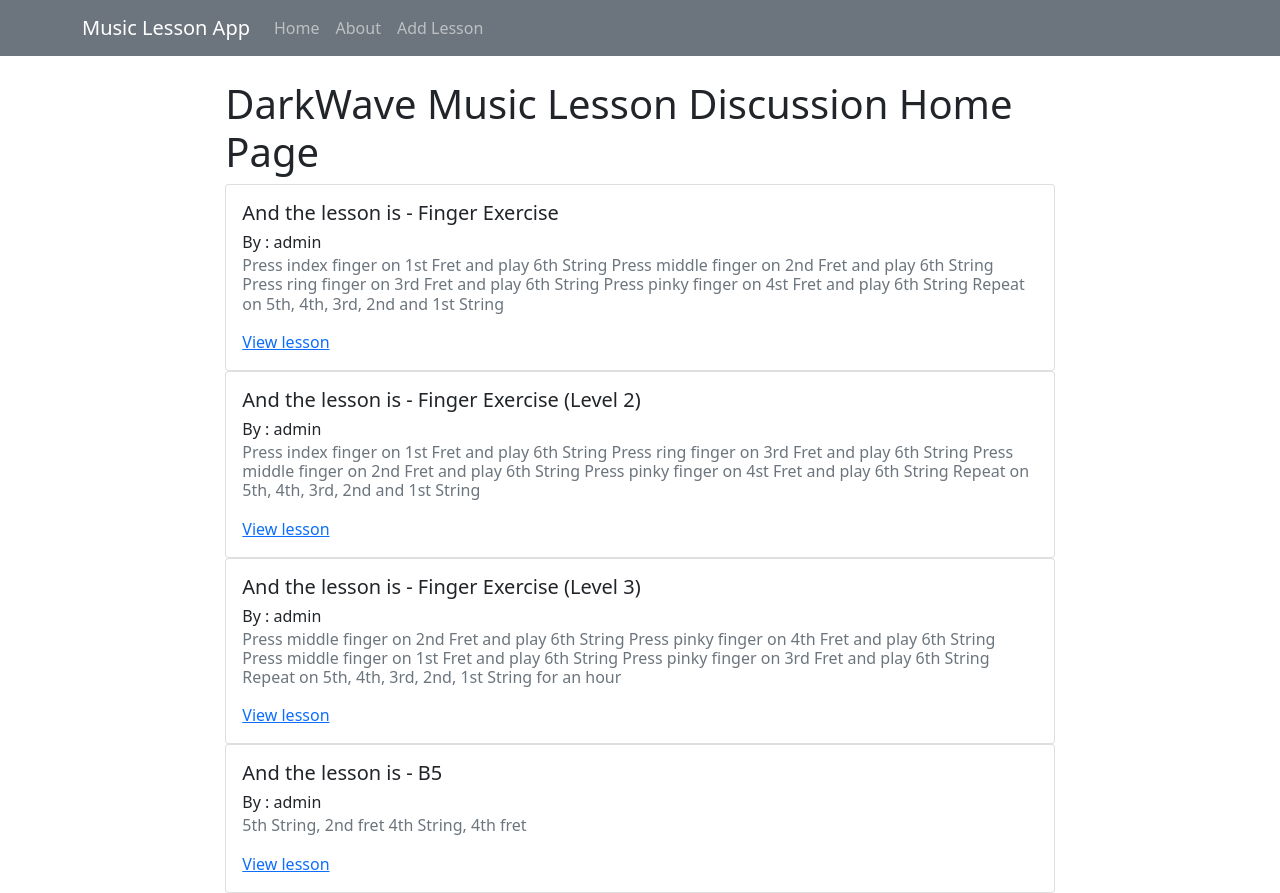
Repository: lordjdsama/NewDevopps
Page: http://localhost/
The author's editor kept a record of every edit. The page is drawn from the files as they stood at one moment, then again after the next edit.
The browser window is 1280 px wide. The pictures show the whole page.
The page is served by the project's application, run on Django 2.2 (manage.py). Other server files are loaded and not shown. The page reads the database file committed with the project.

Above is the page before.

### lessons/templates/lessons/home.html
{% extends 'lessons/base.html' %}

{% block content %}
<div class="home">
<h1>DarkWave Music Lesson Discussion Home Page</h1>
</div>

{% for lesson in lessons %}
<div class="card" id="card">
<div class="card-body">
<h5 class="card-title" id="title">And the lesson is - {{ lesson.title }}</h5>
<h6 class="card-title" id="by">By : {{ lesson.author }} </h6>
<h6 class="card-subtitle mb-2 text-muted">{{ lesson.description }}</h6>
<p class="card-text">
    {{ lesson.chord }}
</p>
<a href="{% url 'lessons-detail' lesson.pk  %}" class="card-link">View lesson</a>
</div>
</div>
{% endfor %} {% endblock content %}

### lessons/templates/lessons/base.html
<!DOCTYPE html>
<html lang="en">
<head>
    <meta charset="UTF-8">
    <meta name="viewport" content="width=device-width, initial-scale=1.0">
    <meta http-equiv="X-UA-Compatible" content="ie=edge">





    {% if title  %}
    <title>{{title}}</title>
    {% else %}
    <title>Lessons App</title>
    {% endif %}

     <link href="https://cdn.jsdelivr.net/npm/bootstrap@5.0.2/dist/css/bootstrap.min.css"
     rel="stylesheet"
     integrity="sha384-EVSTQN3/azprG1Anm3QDgpJLIm9Nao0Yz1ztcQTwFspd3yD65VohhpuuCOmLASjC"
     crossorigin="anonymous">

<body>

  <nav class="navbar navbar-expand-lg navbar-dark bg-secondary">
  <div class="container">
    <a class="navbar-brand" href="{% url 'lessons-home' %}">Music Lesson App</a>
    <button
    class="navbar-toggler"
    type="button"
    data-bs-toggle="collapse"
    data-bs-target="#navbarNavAltMarkup"
    aria-controls="navbarNavAltMarkup"
    aria-expanded="false"
    aria-label="Toggle navigation">
      <span class="navbar-toggler-icon"></span>
    </button>
    <div class="collapse navbar-collapse" id="navbarNavAltMarkup">
      <div class="navbar-nav">
        <a class="nav-link" aria-current="page" href="{% url 'lessons-home' %}">Home</a>
        <a class="nav-link" href="{% url 'lessons-about' %}">About</a>
        <a class="nav-link" href="{% url 'lessons-create' %}">Add Lesson</a>
      </div>
    </div>
    <div class="navbar-nav">
      {% if user.is_authenticated %}
        <a class="nav-item nav-link"  href="{% url 'users-logout' %}">Logout</a>
        <a class="nav-item nav-link"  href="{% url 'users-profile' %}">My Profile</a>

      <!--{% else }-->
        <!--<a class="nav-item nav-link"  href="{% url 'users-login' %}">Login</a>-->
        <!--<a class="nav-item nav-link"  href="{% url 'users-register' %}">Register</a>-->

      {% endif %}
    </div>
  </div>
</nav>
    <div class="container mt-4 col-8">
      {% if messages %} {% for message in messages %}
      <div class="alert alert-{{ message.tags }}">{{ message }}</div>
      {% endfor %} {% endif %} {% block content %} {% endblock %}
    </div>


    <script
    src="https://cdn.jsdelivr.net/npm/@popperjs/core@2.9.2/dist/umd/popper.min.js"
    integrity="sha384-IQsoLXl5PILFhosVNubq5LC7Qb9DXgDA9i+tQ8Zj3iwWAwPtgFTxbJ8NT4GN1R8p"
    crossorigin="anonymous">

    </script>
    <script
    src="https://cdn.jsdelivr.net/npm/bootstrap@5.0.2/dist/js/bootstrap.min.js"
    integrity="sha384-cVKIPhGWiC2Al4u+LWgxfKTRIcfu0JTxR+EQDz/bgldoEyl4H0zUF0QKbrJ0EcQF"
    crossorigin="anonymous">

    </script>








</body>
</html>

### lessons/models.py
"""Model representing a lesson."""
from django.db import models
from django.contrib.auth.models import User
from django.urls import reverse

class Lesson(models.Model):
    """
    Model representing a lesson.
    """
    title = models.CharField(max_length=100)
    description = models.TextField()
    author = models.ForeignKey(User, on_delete=models.CASCADE)
    created_at = models.DateTimeField(auto_now_add=True)
    updated_at = models.DateTimeField(auto_now_add=True)
    def get_absolute_url(self):
        """
        Return the absolute URL to access a detail record for this lesson.
        """
        return reverse("lessons-detail", kwargs={"pk": self.pk})
    def __str__(self):
        return str(self.title)

### lessons/views.py
"""
Module containing views for the lessons app.
"""
from django.shortcuts import render
from django.urls import reverse_lazy
from django.views.generic import ListView, DetailView, CreateView, UpdateView, DeleteView
from django.contrib.auth.mixins import LoginRequiredMixin, UserPassesTestMixin

from . import models

class LessonListView(ListView):
    """
    Module containing views for the lessons app.
    """
    model = models.Lesson
    template_name = 'lessons/home.html'
    context_object_name = 'lessons'

# Create your views here.
def home(request):
    """
    Module containing views for the lessons app.
    """
    lessons = models.Lesson.objects.all()# pylint: disable=no-member
    context = {
        'lessons': lessons
    }
    return render(request, 'lessons/home.html', context)

def about(request):
    """
    Module containing views for the lessons app.
    """
    return render(request, 'lessons/about.html', {'title': 'about page'})


class LessonDetailView(DetailView):
    """
    Module containing views for the lessons app.
    """
    model = models.Lesson

class LessonDeleteView(LoginRequiredMixin, UserPassesTestMixin, DeleteView): # pylint: disable=too-many-ancestors
    """
    Module containing views for the lessons app.
    """
    model = models.Lesson
    success_url = reverse_lazy('lessons-home')

    def test_func(self):
        lesson = self.get_object()
        return self.request.user == lesson.author

class LessonCreateView(CreateView): # pylint: disable=too-many-ancestors
    """
    View for creating a new lesson.
    """
    model = models.Lesson
    fields = ['title', 'description']

    def form_valid(self, form):
        form.instance.author = self.request.user
        return super().form_valid(form)


class LessonUpdateView(LoginRequiredMixin, UserPassesTestMixin, UpdateView): # pylint: disable=too-many-ancestors
    """
    Module containing views for the lessons app.
    """
    model = models.Lesson
    fields = ['title', 'description']

    def test_func(self):
        lesson = self.get_object()
        return self.request.user == lesson.author

    def form_valid(self, form):
        form.instance.author = self.request.user
        return super().form_valid(form)

### config/urls.py
"""
config URL Configuration
"""

from django.contrib import admin
from django.contrib.auth import views as auth_views
from django.urls import include, path
from users import views as user_view

urlpatterns = [
    path('admin/', admin.site.urls),
    path('', include('lessons.urls')),
    path('register/', user_view.register, name="users-register"),
    path('login/',
         auth_views.LoginView.as_view(template_name='users/login.html'),
         name="users-login"),
    path('logout/',
         auth_views.LogoutView.as_view(template_name='users/logout.html'),
         name="users-logout"),
    path('profile/', user_view.profile, name="users-profile")
]

### lessons/urls.py
"""
Module containing URL patterns for the lessons app.
"""

from django.urls import path
from . import views

urlpatterns = [
    path('', views.LessonListView.as_view(), name="lessons-home"),
    path('lesson/<int:pk>/', views.LessonDetailView.as_view(), name="lessons-detail"),
    path('lesson/create/', views.LessonCreateView.as_view(), name="lessons-create"),
    path('lesson/<int:pk>/update/', views.LessonUpdateView.as_view(), name="lessons-update"),
    path('lesson/<int:pk>/delete/', views.LessonDeleteView.as_view(), name="lessons-delete"),
    path('about/', views.about, name="lessons-about"),
]

### db.sqlite3 (the tables this page reads, as SQL)
CREATE TABLE "auth_user" ("id" integer NOT NULL PRIMARY KEY AUTOINCREMENT, "password" varchar(128) NOT NULL, "last_login" datetime NULL, "is_superuser" bool NOT NULL, "username" varchar(150) NOT NULL UNIQUE, "first_name" varchar(30) NOT NULL, "email" varchar(254) NOT NULL, "is_staff" bool NOT NULL, "is_active" bool NOT NULL, "date_joined" datetime NOT NULL, "last_name" varchar(150) NOT NULL);
INSERT INTO "auth_user" VALUES
(1, 'pbkdf2_sha256$120000$p6CQ1lzXenzJ$lUz35NRU/F6yEFwdQzf5okPAhz5RMUwszZYAaepjafM=', '2024-04-07 08:41:10.791590', 1, 'admin', '', '', 1, 1, '2024-03-31 09:10:39.192553', ''),
(14, 'pbkdf2_sha256$120000$1sQ5L44MkgtS$n2qF+Ny4BiIkyg/nAzpf4uj3uZv3ihh0+dSCshvFdBI=', '2024-04-07 11:20:44.626046', 0, 'jay', '', 'jaydeshmukh007@gmail.com', 0, 1, '2024-04-01 16:52:41.763200', ''),
(15, 'pbkdf2_sha256$120000$bdQAQX6EctUt$IOzJXFV6XSo7vBjJBElQfjBapCYyjSue3dD4bxn3h0c=', '2024-04-03 12:54:05.402510', 0, 'new', '', 'new@gma.am', 0, 1, '2024-04-03 12:53:57.322462', ''),
(16, 'pbkdf2_sha256$120000$v3Q7mT64g9xi$Zahkt8icKDSjJomp4lGiGC0PVttkoaSNxxD7VARlbW4=', '2024-04-08 10:21:38.763960', 0, 'manasvi', '', 'manasvi@gmail.com', 0, 1, '2024-04-08 10:21:27.783930', '');

CREATE TABLE "lessons_lesson" ("id" integer NOT NULL PRIMARY KEY AUTOINCREMENT, "title" varchar(100) NOT NULL, "description" text NOT NULL, "created_at" datetime NOT NULL, "updated_at" datetime NOT NULL, "author_id" integer NOT NULL REFERENCES "auth_user" ("id") DEFERRABLE INITIALLY DEFERRED);
INSERT INTO "lessons_lesson" VALUES
(1, 'Finger Exercise', 'Press index finger on 1st Fret and play  6th String
Press middle finger on 2nd Fret and play  6th String
Press ring finger on 3rd Fret and play  6th String
Press pinky finger on 4st Fret and play  6th String

Repeat on 5th, 4th, 3rd, 2nd and 1st String', '2024-03-31 09:34:21.666998', '2024-03-31 09:34:21.667025', 1),
(2, 'Finger Exercise (Level 2)', 'Press index finger on 1st Fret and play  6th String
Press ring finger on 3rd Fret and play  6th String
Press middle finger on 2nd Fret and play  6th String
Press pinky finger on 4st Fret and play  6th String

Repeat on 5th, 4th, 3rd, 2nd and 1st String', '2024-03-31 09:35:51.017766', '2024-03-31 09:35:51.017793', 1),
(3, 'Finger Exercise (Level 3)', 'Press middle finger on 2nd Fret and play  6th String
Press pinky finger on 4th Fret and play  6th String
Press middle finger on 1st Fret and play  6th String
Press pinky finger on 3rd Fret and play  6th String

Repeat on 5th, 4th, 3rd, 2nd, 1st String for an hour', '2024-03-31 09:38:45.470954', '2024-03-31 09:38:45.470982', 1),
(6, 'B5', '5th String, 2nd fret
4th String, 4th fret', '2024-04-02 15:27:41.065512', '2024-04-02 15:27:41.065539', 1);

### lessons/templates/css/base.css
.bgcolor{
    background-color:#33475b!important
}

After the next edit:
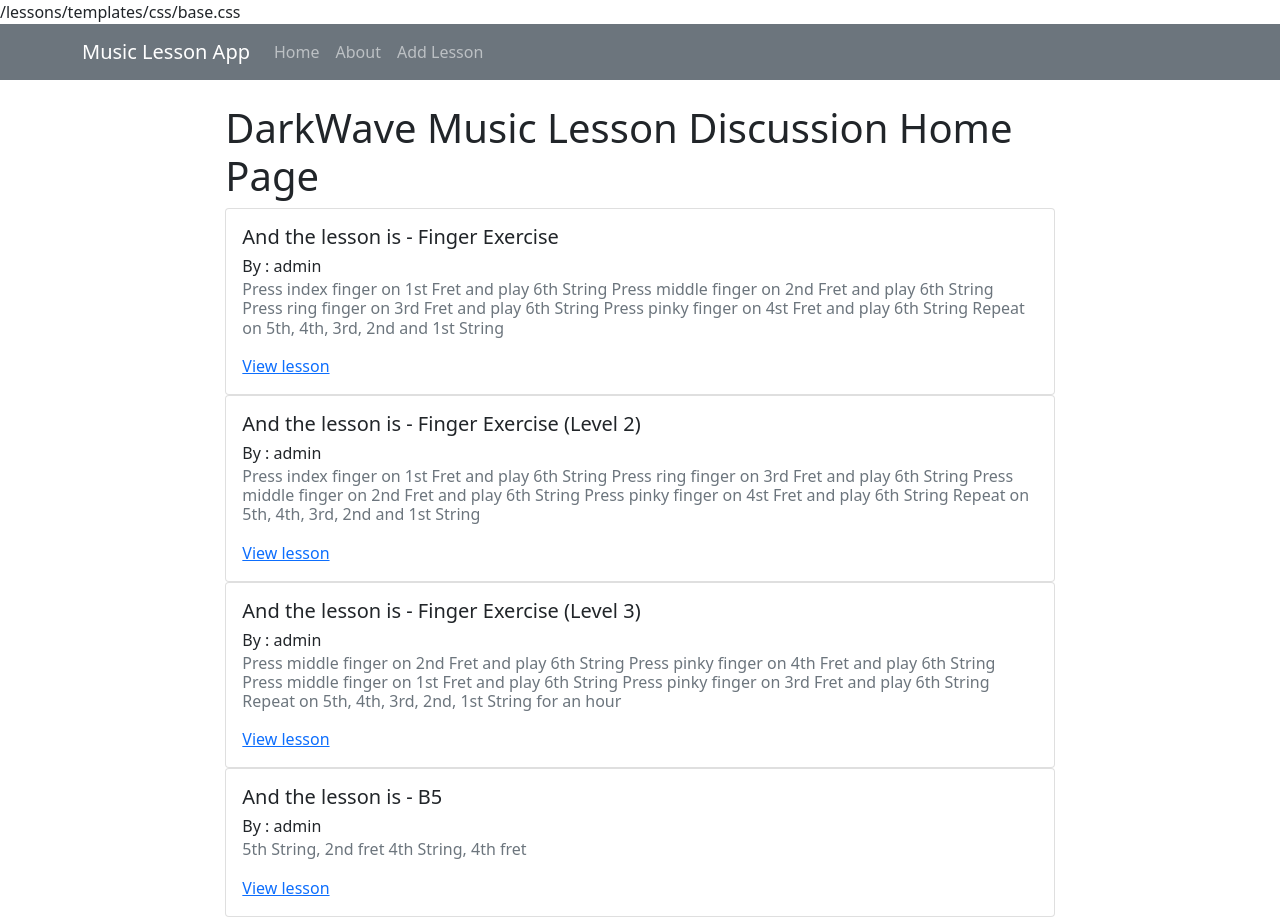
The edit:
--- a/lessons/templates/lessons/base.html
+++ b/lessons/templates/lessons/base.html
@@ -19,6 +19,9 @@
      rel="stylesheet"
      integrity="sha384-EVSTQN3/azprG1Anm3QDgpJLIm9Nao0Yz1ztcQTwFspd3yD65VohhpuuCOmLASjC"
      crossorigin="anonymous">
+     /lessons/templates/css/base.css
+     <link href="https://cdn.jsdelivr.net/npm/bootstrap@5.0.2/dist/css/bootstrap.min.css"
+     rel="stylesheet" >
 
 <body>
 

After the edit that followed:
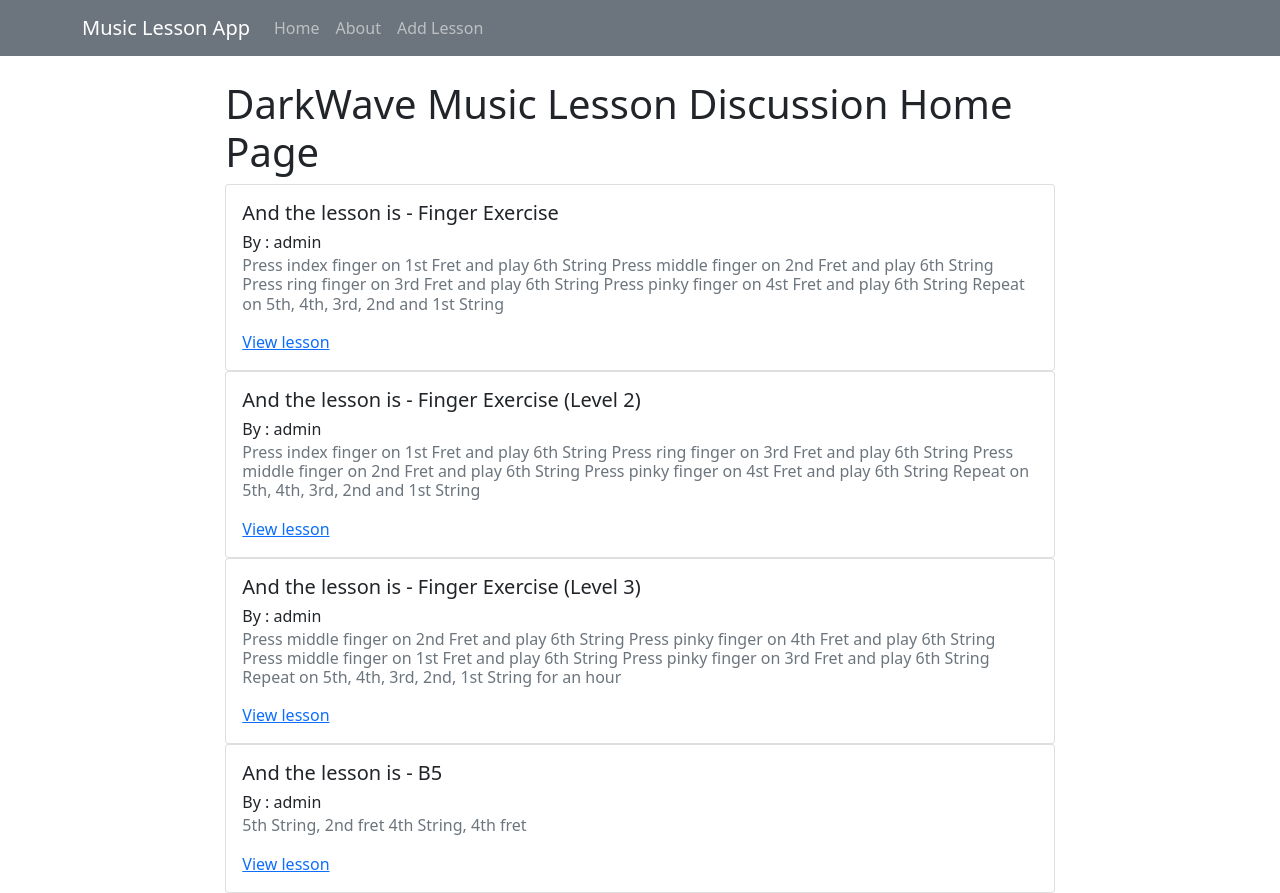
The edit:
--- a/lessons/templates/lessons/base.html
+++ b/lessons/templates/lessons/base.html
@@ -19,8 +19,8 @@
      rel="stylesheet"
      integrity="sha384-EVSTQN3/azprG1Anm3QDgpJLIm9Nao0Yz1ztcQTwFspd3yD65VohhpuuCOmLASjC"
      crossorigin="anonymous">
-     /lessons/templates/css/base.css
-     <link href="https://cdn.jsdelivr.net/npm/bootstrap@5.0.2/dist/css/bootstrap.min.css"
+
+     <link href="/lessons/templates/css/base.css"
      rel="stylesheet" >
 
 <body>
